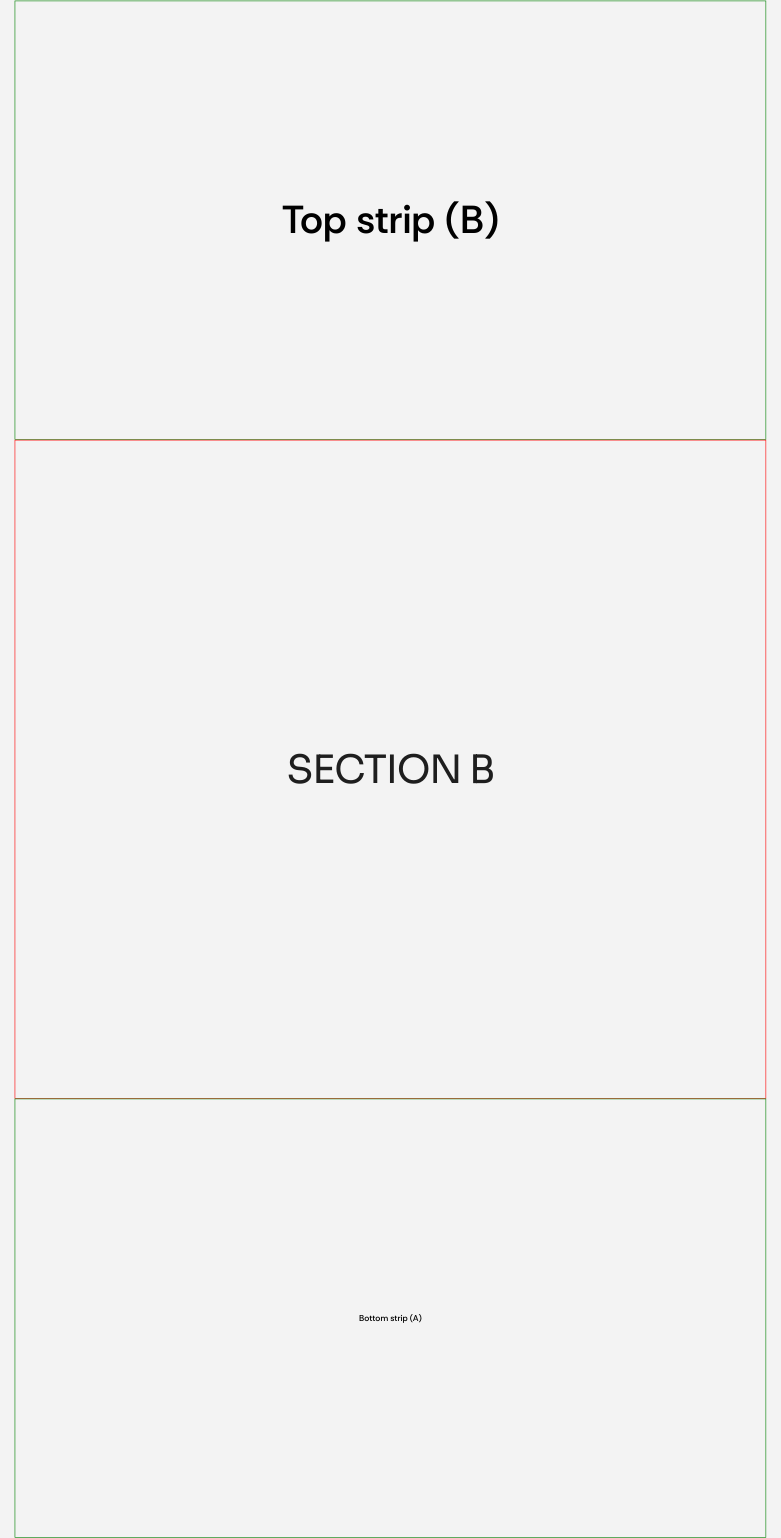
Repository: BwesewB/Offcut
Page: /
The author's editor kept a copy of each file at every save. The page is drawn from the files as they stood at one save, then again after the next save.
The browser window is 1280 px wide. The pictures show the whole page, at 61% of full size.
The project was rebuilt for these pictures with package versions that can differ from the ones it lists, and the page was loaded fresh each time. The framework's server and built-in components were replaced by stand-ins that run in the browser. Also part of the build but not shown: next.config.mjs, app/styles/page.module.css, app/components/molecules/mediaBlock/MediaBlock.module.css, app/components/molecules/mediaBlock/MediaBlock.jsx, app/components/molecules/twoColumn/TwoColumn.module.css, app/components/molecules/twoColumn/TwoColumn.js, app/components/molecules/gridLayout/GridLayout.module.css, app/components/molecules/gridLayout/GridLayout.js.

Above is the page before, as saved 2025-09-19 22:54:58.

### app/layout.js
import "./styles/globals.css";

export const metadata = {
  title: "Offcut",
  description: "Computer Generated by sebfok",
  icons:"/icons/RocksLogoRound.svg"
};

export default function RootLayout({ children }) {
  return (
    <html lang="en">
      <body suppressHydrationWarning={true}>
        {children}
      </body>
    </html>
  );
}

### app/page.js
import styles from "./styles/page.module.css";
import Image from "next/image";
import rock1 from "/public/images/LandscapeRock1.png"
import rock2vert from "/public/images/Rock3-2.png"
import rock2vert2 from "/public/images/Rock3-3.png"
import rock3vert1 from "/public/images/Rock4-3.png"
import rock3vert2 from "/public/images/Rock4-2.png"
import rock3 from "/public/images/LandscapeRock3-1.webp"
import MediaBlock from "./components/molecules/mediaBlock/MediaBlock";
import TwoColumn from "./components/molecules/twoColumn/TwoColumn";
import GridLayout from "./components/molecules/gridLayout/gridLayout";
import ScrollCycle from "./components/atoms/scrollcycle/ScrollCycle";

export default function Home() {
  return (
    <>
    <ScrollCycle
      sectionA={
        <section style={{ minHeight: '150svh', display: 'grid', placeItems: 'center', border: '1px solid blue' }}>
          <h1>Section A</h1>
        </section>
      }
      sectionB={
        <section style={{ minHeight: '150svh', display: 'grid', placeItems: 'center', border: '1px solid red' }}>
          <h1>Section B</h1>
        </section>
      }
      bottomStripA={
        <div style={{ height: '100%', display: 'grid', placeItems: 'center', border: '1px solid green' }}>
          <p>Bottom strip (A)</p>
        </div>
      }
      topStripB={
        <div style={{ height: '100%', display: 'grid', placeItems: 'center', border: '1px solid green' }}>
          <p className="plarge">Top strip (B)</p>
        </div>
      }
    />

      {/* <main className="pageLayout">
        <div className={styles.heroContainer}>
          <h1 className={styles.title}>Offcut</h1>
          <MediaBlock image={rock1} alt="A stone on a white background" fit="height"/>
        </div>



        <TwoColumn
          left={
            <TwoColumn
              left={
                <div>
                  <p>
                    Offcut is a collection of computer generated stone shapes, created by Sebastien Fok.
                    Each stone is unique and generated using a combination of algorithms and randomization techniques.
                    The stones are designed to be used as decorative elements in various design projects, such as websites,
                    print materials, and digital art. The collection is constantly growing, with new stones being added regularly.
                  </p>
                  <MediaBlock image={rock2vert2} alt="A stone on a white background" fit="height"/>
                </div>

              }

            />
          }
          right={
            <MediaBlock image={rock2vert} alt="A stone on a white background"/>
          }
        />
        <GridLayout columns={5} height="300px">
          <div style={{ gridColumn: '1 / 2' }}><MediaBlock image={rock3vert1} alt="A stone on a white background" fit="height"/></div>
          <div style={{ gridColumn: '2 / 3' }}><MediaBlock image={rock3vert2} alt="A stone on a white background" fit="height"/></div>
          <div style={{ gridColumn: '4 / 6' }}><MediaBlock image={rock3} alt="A stone on a white background" fit="height"/></div>
        </GridLayout>
      </main> */}
    </>
  );
}

### app/styles/globals.css
:root {
  --black: #1e1e1e;
  --white: #f3f3f3;

  --font-primary: 'Sora', sans-serif;
  --font-secondary: 'Rethink Sans', sans-serif;
  --sidePadding: 24px;
  --gap: 12px;
  --layoutSpacing: 48px;
  --containerHeight: clamp(30vw, 40vw, 50vw);
}

html,
body {
  padding: 0;
  margin: 0;
  max-width: 1920px;
  background-color: var(--white);
}

body {
  padding-left: var(--sidePadding);
  padding-right: var(--sidePadding);
}

@font-face {
  font-family: 'Sora';
  src: url('/fonts/Sora-Regular.ttf') format('truetype');
  font-weight: 400;
  font-style: normal;
}

@font-face {
  font-family: 'Sora';
  src: url('/fonts/Sora-Medium.ttf') format('truetype');
  font-weight: 500;
  font-style: normal;
}

@font-face {
  font-family: 'Sora';
  src: url('/fonts/Sora-Bold.ttf') format('truetype');
  font-weight: 700;
  font-style: normal;
}

@font-face {
  font-family: 'Rethink Sans';
  src: url('/fonts/RethinkSans-Regular.ttf') format('truetype');
  font-weight: 400;
  font-style: normal;
}

@font-face {
  font-family: 'Rethink Sans';
  src: url('/fonts/RethinkSans-Medium.ttf') format('truetype');
  font-weight: 500;
  font-style: normal;
}

@font-face {
  font-family: 'Rethink Sans';
  src: url('/fonts/RethinkSans-SemiBold.ttf') format('truetype');
  font-weight: 600;
  font-style: normal;
}

@font-face {
  font-family: 'Rethink Sans';
  src: url('/fonts/RethinkSans-Bold.ttf') format('truetype');
  font-weight: 700;
  font-style: normal;
}

h1, h2, h3, h4, h5, h6 {
  font-family: var(--font-primary);
  color: var(--black);
  font-weight: 400;
}

p {
  font-family: var(--font-secondary);
  font-weight: 500;
  line-height: 1.2;
  font-size: 0.875rem;
}

h1 {
  font-size: clamp(3rem, 5vw, 4rem);
  font-weight: 400;
  letter-spacing: clamp(-2px, -0.3vw, -1px);
  text-transform: uppercase;
}

.plarge {
  font-size: 64px;
  font-weight: 600;
}

* {
  box-sizing: border-box;
  padding: 0;
  margin: 0;
}

a {
  color: inherit;
  text-decoration: none;
}

.pageLayout {
  display: flex;
  flex-direction: column;
  gap: var(--layoutSpacing);
}

@media (prefers-color-scheme: dark) {

}

### app/components/atoms/scrollcycle/ScrollCycle.jsx
'use client';
import { useEffect, useRef, useState } from 'react';

export default function ScrollCycle({
  sectionA,
  sectionB,
  bottomStripA,
  topStripB,
}) {
  const [main, setMain] = useState('A');            // 'A' | 'B'
  const [tbUnlocked, setTbUnlocked] = useState(false);
  const [tbHeight, setTbHeight] = useState(0);

  // sentinels & refs
  const topRef = useRef(null);        // absolute document top (fires at scrollY === 0)
  const bottomRef = useRef(null);     // 👈 at the very end of the page (after Bottom Buffer)
  const topBufferRef = useRef(null);  // Top Buffer element (for gate)
  const gateActiveRef = useRef(false);

  // guards
  const lockRef = useRef(false);
  const enforcingRef = useRef(false);

  // --- helpers ---

  // We rarely pin now; leaving the helpers in case you want to re-enable.
  const pinTo = (edge) => {
    requestAnimationFrame(() => {
      requestAnimationFrame(() => {
        if (edge === 'bottom') {
          const h = document.documentElement.scrollHeight || document.body.scrollHeight;
          window.scrollTo({ top: h, behavior: 'auto' });
        } else {
          window.scrollTo({ top: 0, behavior: 'auto' });
        }
        setTimeout(() => { lockRef.current = false; }, 180);
      });
    });
  };

  // While TB is locked, keep the user from scrolling into it (stay at ≥ tbHeight)
  const enforceTbLock = () => {
    if (tbUnlocked || tbHeight <= 0) return;
    const y = window.scrollY || 0;
    if (y < tbHeight && !enforcingRef.current) {
      enforcingRef.current = true;
      window.scrollTo({ top: tbHeight, behavior: 'auto' });
      requestAnimationFrame(() => { enforcingRef.current = false; });
    }
  };

  // After returning to A (with TB visible/unlocked), hide TB once you scroll past it,
  // compensating the scroll so there’s no visual jump.
  const activateGate = () => {
    if (gateActiveRef.current) return;
    gateActiveRef.current = true;

    const onScroll = () => {
      const tbEl = topBufferRef.current;
      if (!tbEl) return;
      const rect = tbEl.getBoundingClientRect();
      if (rect.bottom <= 0) {
        // 1) Force instant scroll (no smooth)
        const html = document.documentElement;
        const prevBehavior = html.style.scrollBehavior;
        html.style.scrollBehavior = 'auto';

        // 2) Compensate scroll BEFORE locking TB so layout change doesn’t flash
        const target = Math.max(0, (window.scrollY || 0) - tbHeight);
        window.scrollTo(0, target);

        // 3) Lock TB again (still same frame)
        setTbUnlocked(false);

        // 4) Restore scroll behavior
        html.style.scrollBehavior = prevBehavior || '';

        window.removeEventListener('scroll', onScroll);
        gateActiveRef.current = false;
      }
    };

    window.addEventListener('scroll', onScroll, { passive: true });
  };

  // --- initial setup ---
  useEffect(() => {
    const vh = window.innerHeight || 0;
    setTbHeight(vh);
    // Start user at the top of MAIN (i.e., just below TB). TB is locked, so you can't enter it.
    window.scrollTo({ top: vh, behavior: 'auto' });
  }, []);

  // Enforce TB lock whenever scrolling (only when TB is locked)
  useEffect(() => {
    if (tbUnlocked) return;
    const onScroll = () => enforceTbLock();
    window.addEventListener('scroll', onScroll, { passive: true });
    return () => window.removeEventListener('scroll', onScroll);
  }, [tbUnlocked, tbHeight]);

  // Bottom observer — now at the very end of the page (after Bottom Buffer)
  useEffect(() => {
    const el = bottomRef.current;
    if (!el) return;

    const onHitBottom = (entry) => {
      if (!entry.isIntersecting || lockRef.current) return;
      lockRef.current = true;

      // Swap A -> B and unlock TB (no programmatic scroll → no jump).
      setMain('B');
      setTbUnlocked(true);

      setTimeout(() => { lockRef.current = false; }, 120);
    };

    const io = new IntersectionObserver(
      (entries) => onHitBottom(entries[0]),
      { root: null, threshold: 1 } // true bottom only
    );

    io.observe(el);
    return () => io.disconnect();
  }, []);

  // Top observer — only meaningful when TB is unlocked (so you can reach scrollY === 0)
  useEffect(() => {
    const el = topRef.current;
    if (!el || !tbUnlocked) return;

    const onHitTop = (entry) => {
      if (!entry.isIntersecting || lockRef.current) return;
      lockRef.current = true;

      // Switch back to A (we're already at top; no programmatic scroll needed).
      setMain('A');
      // Start the gate so TB re-locks once you scroll down ≥ 100svh
      requestAnimationFrame(() => activateGate());

      setTimeout(() => { lockRef.current = false; }, 120);
    };

    const io = new IntersectionObserver(
      (entries) => onHitTop(entries[0]),
      { root: null, threshold: 1 }
    );

    io.observe(el);
    return () => io.disconnect();
  }, [tbUnlocked]);

  return (
    <main style={styles.page}>
      {/* Top sentinel at absolute top (fires at scrollY === 0) */}
      <div ref={topRef} style={styles.sentinel} />

      {/* Top Buffer — always present; shows B strip. Initially locked via JS. */}
      <section ref={topBufferRef} style={{ ...styles.topBuffer, height: tbHeight || '100svh' }}>
        {topStripB}
      </section>

      {/* Main Stage */}
      <section style={styles.mainStage}>
        {main === 'A' ? sectionA : sectionB}
      </section>

      {/* Bottom Buffer — always present; shows A strip */}
      <section style={{ ...styles.bottomBuffer, height: tbHeight || '100svh' }}>
        {bottomStripA}
      </section>

      {/* 👇 Bottom sentinel at the true end of the page (after Bottom Buffer) */}
      <div ref={bottomRef} style={styles.sentinel} />
    </main>
  );
}

const styles = {
  page: {
    minHeight: '100svh',
    display: 'flex',
    flexDirection: 'column',
  },
  topBuffer: {
    // fixed 100svh region at top; always in DOM
  },
  bottomBuffer: {
    // fixed 100svh region at bottom; always in DOM
  },
  mainStage: {
    // your content defines its own height
  },
  sentinel: { height: 1 },
};

After the next save:
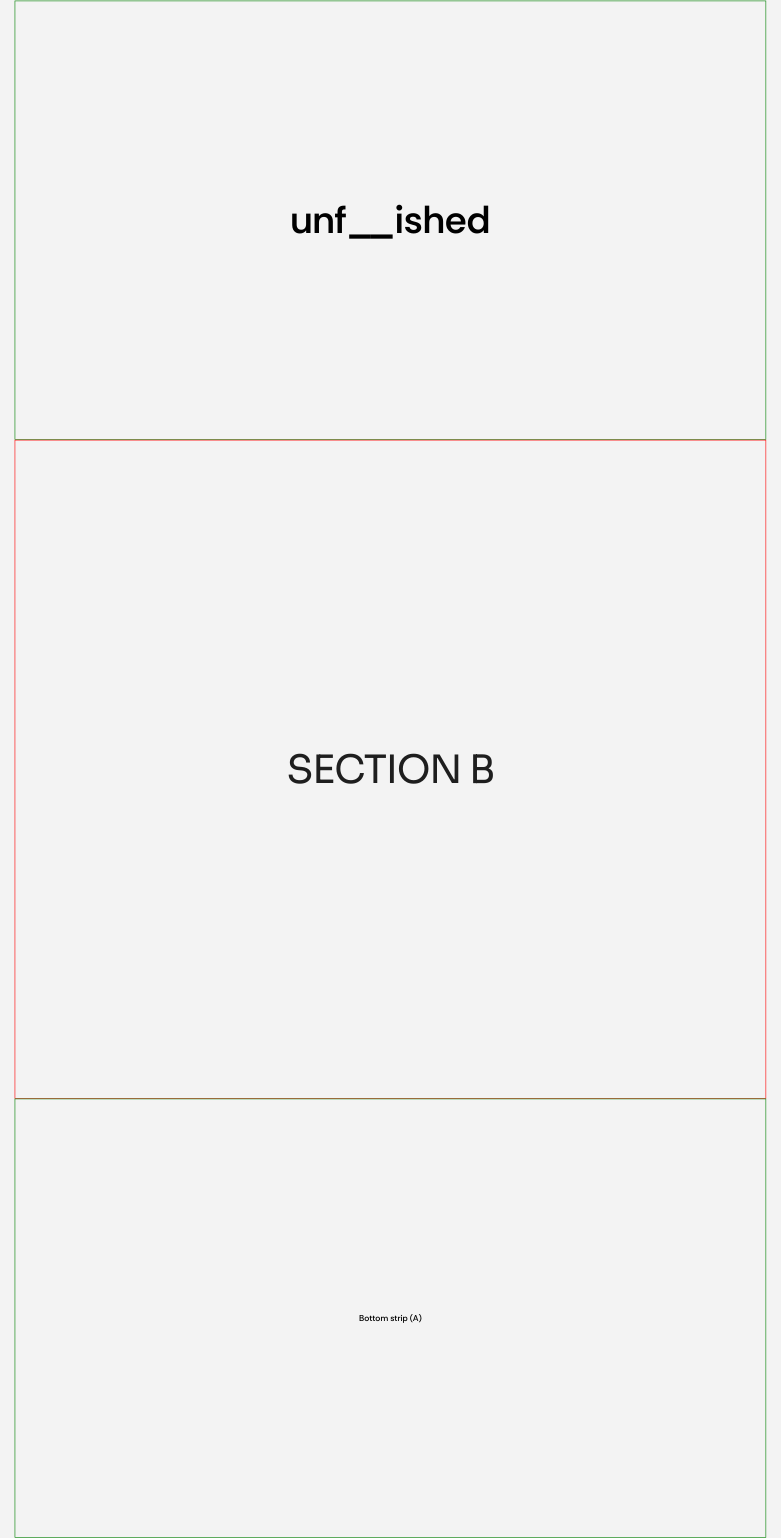
Saved 15 s later.
--- a/app/page.js
+++ b/app/page.js
@@ -32,7 +32,7 @@
       }
       topStripB={
         <div style={{ height: '100%', display: 'grid', placeItems: 'center', border: '1px solid green' }}>
-          <p className="plarge">Top strip (B)</p>
+          <p className="plarge">unf__ished</p>
         </div>
       }
     />
